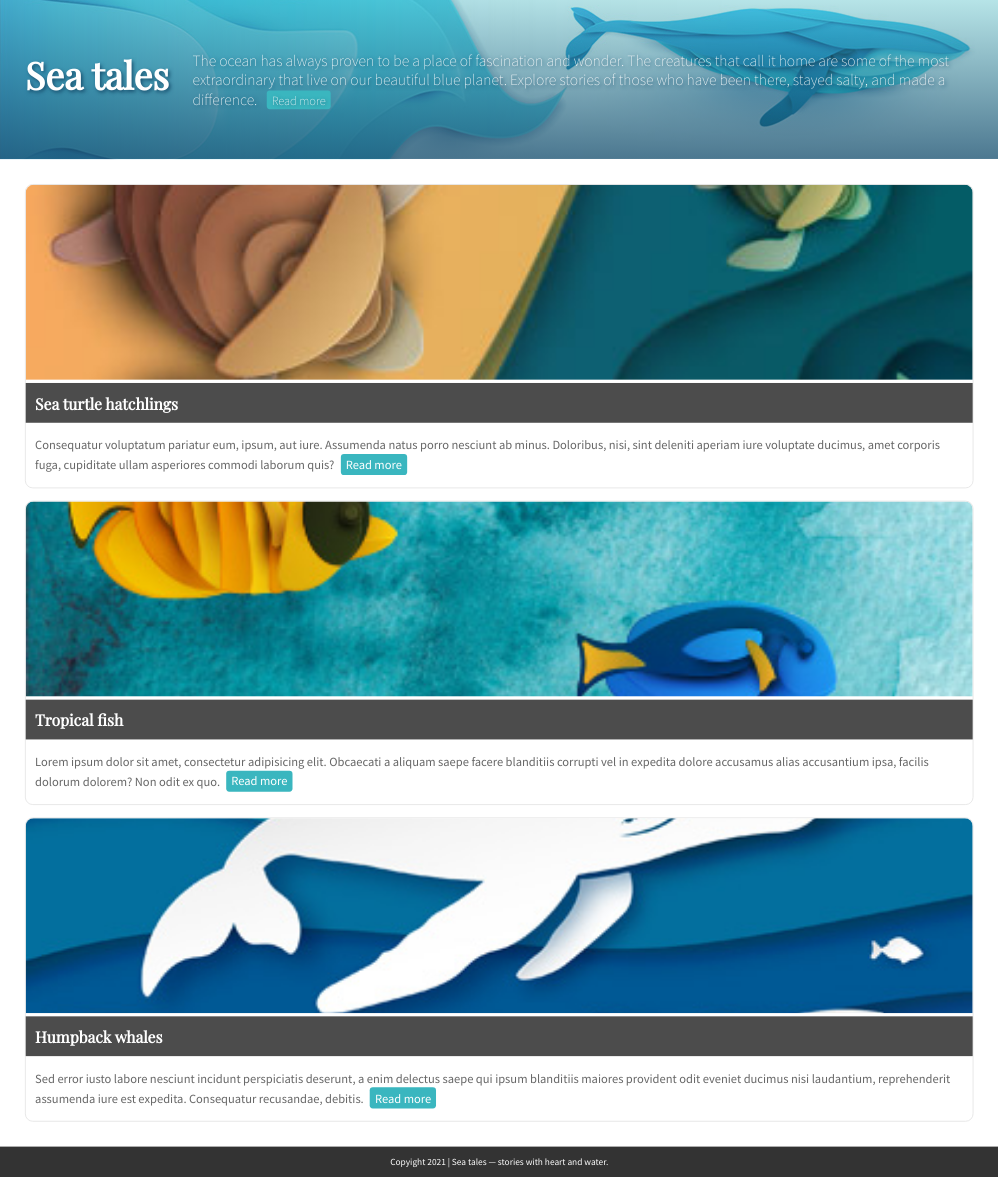
Repository: mariocapitbrok/css-combining-grid-and-flexbox-0305
Page: index.html
These files come from the project's save history. The page is drawn as it stood at one moment and after the next save; the edit follows.
The browser window is 1280 px wide. The pictures show the whole page, at 78% of full size.

Above is the page before, as saved 2022-10-07 13:58:36.

After the next save:
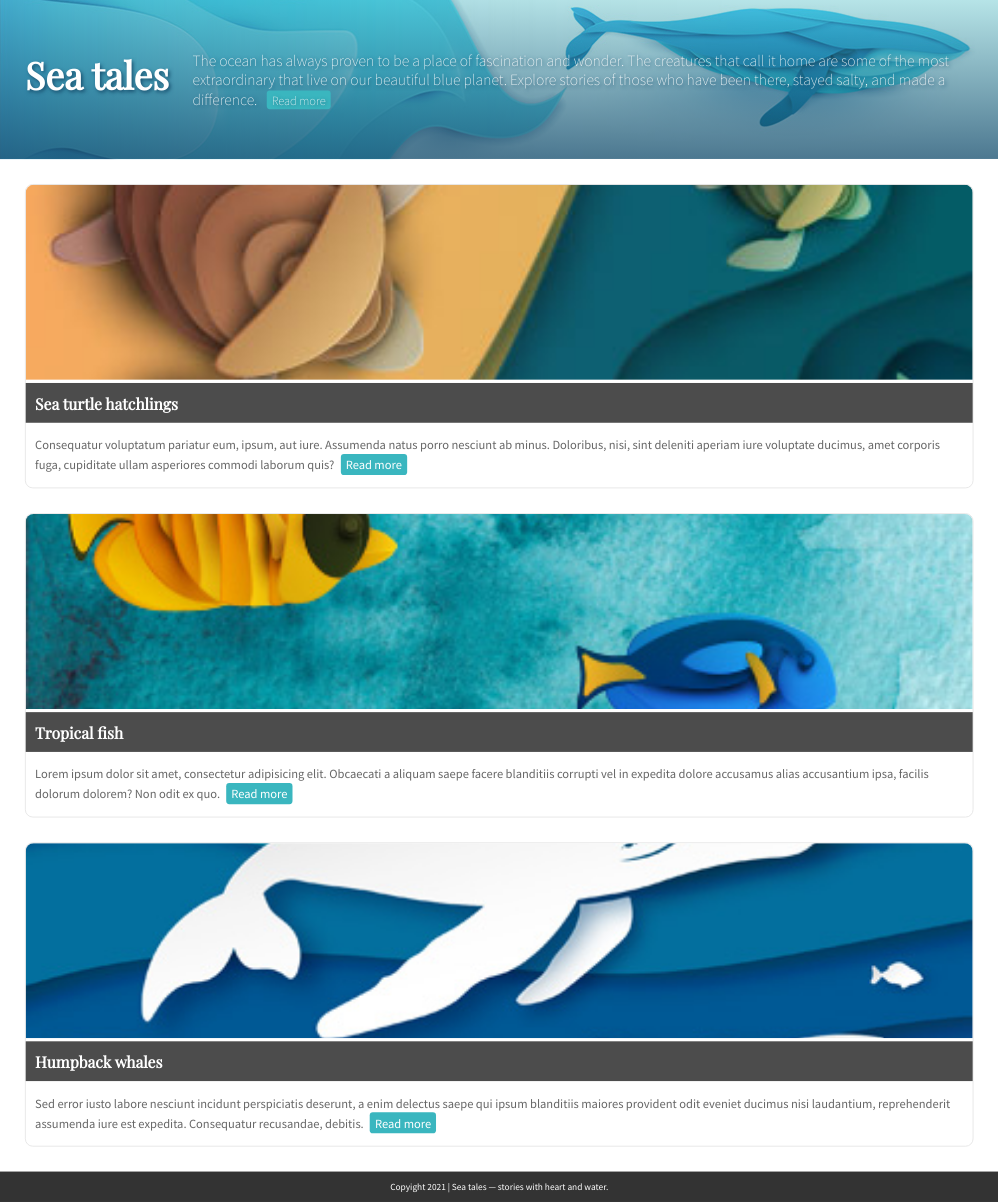
Saved 38 s later.
--- a/styles/base.css
+++ b/styles/base.css
@@ -125,7 +125,7 @@ footer {
     .stories {
         display: grid;
         grid-template-columns: auto;
-        grid-gap: 1rem
+        grid-gap: 2rem
     }
 
 }
